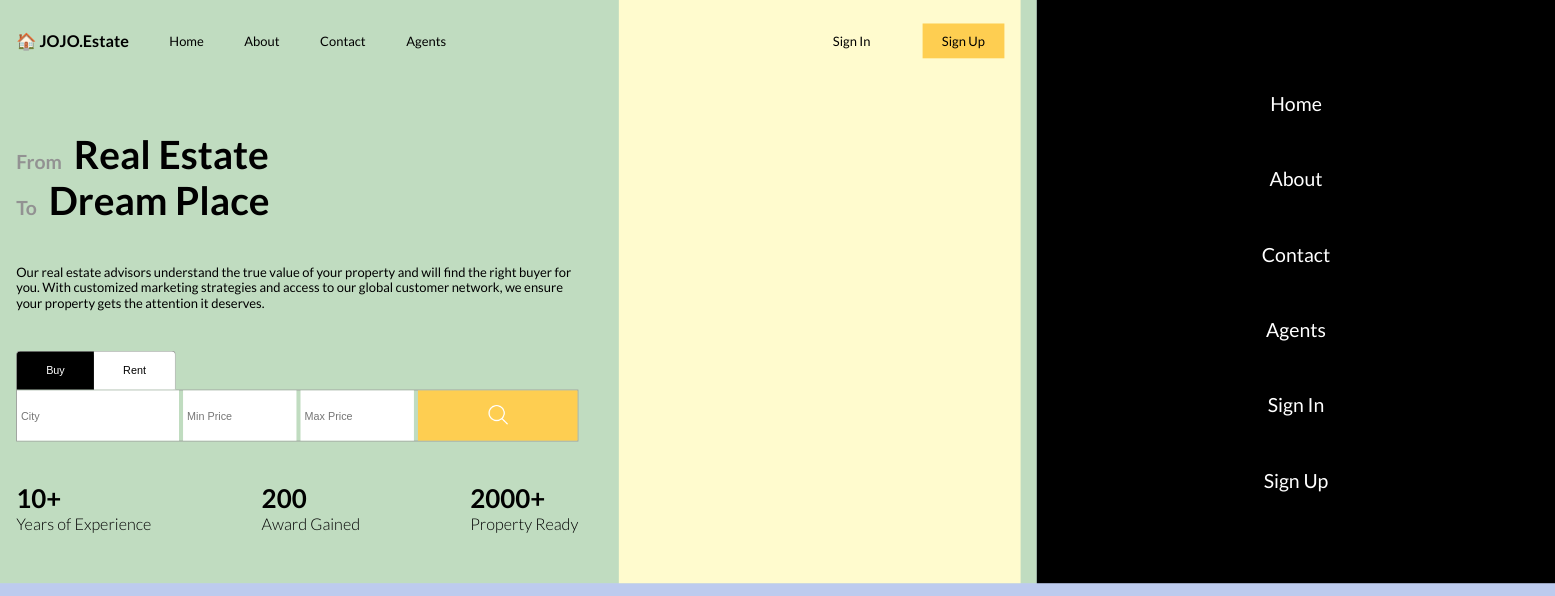
Repository: AiTrinh303/JOJO-estate
Page: /
An editor plug-in stored every save of this project. The page is shown before and after a run of saves, followed by the edit.
The browser window is 1280 px wide. The page is 1920 px wide, so the pictures cover 1920 px, including what lies to the right of the window. The pictures show the whole page, at 81% of full size.
The page's requests for data from a server got no answer. The project was rebuilt for these pictures with package versions that can differ from the ones it lists, and the page was loaded fresh each time. No one was signed in, and anything a server would have sent is missing. Also part of the build but not shown: vite.config.js, src/routes/listPage/listPage.scss, src/components/filter/filter.scss, src/components/filter/Filter.jsx, src/components/card/card.scss, src/components/card/Card.jsx, src/components/map/map.scss, src/components/pin/pin.scss and 21 more. Imported but missing from the stored project, and not drawn on this page: src/components/uploadWidget/UploadWidget.

Above is the page before, as saved 2024-08-06 21:50:00.

### index.html
<!DOCTYPE html>
<html lang="en">
  <head>
    <meta charset="UTF-8" />
    <link rel="icon" type="image/svg+xml" href="/logo.png" />
    <meta name="viewport" content="width=device-width, initial-scale=1.0" />
    <title>🏠JOJO Estate App</title>
    <meta name="description" content="Buy, Sell and Rent Properties" />
    <link
      href="https://fonts.googleapis.com/css2?family=Lato:ital,wght@0,100;0,300;0,400;0,700;0,900;1,100;1,300;1,400;1,700;1,900&display=swap"
      rel="stylesheet"
    />
  </head>
  <body>
    <div id="root"></div>
    <script type="module" src="/src/main.jsx"></script>
  </body>
</html>

### src/App.jsx
import HomePage from "./routes/homePage/homePage";
import { createBrowserRouter, RouterProvider } from "react-router-dom";
import ListPage from "./routes/listPage/listPage";
import { Layout, RequireAuth } from "./routes/layout/layout";
import SinglePage from "./routes/singlePage/singlePage";
import ProfilePage from "./routes/profilePage/profilePage";
import Login from "./routes/login/login";
import Register from "./routes/register/register";
import ProfileUpdatePage from "./routes/profileUpdatePage/profileUpdatePage";
import NewPostPage from "./routes/newPostPage/newPostPage";
import { listPageLoader, profilePageLoader, singlePageLoader } from "./lib/loaders";

function App() {
  const router = createBrowserRouter([
    {
      path: "/",
      element: <Layout />,
      children: [
        {
          path: "/",
          element: <HomePage />,
        },
        {
          path: "/list",
          element: <ListPage />,
          loader: listPageLoader,
        },
        {
          path: "/:id",
          element: <SinglePage />,
          loader: singlePageLoader,
        },
        {
          path: "/login",
          element: <Login />,
        },
        {
          path: "/register",
          element: <Register />,
        },
      ],
    },
    {
      path: "/",
      element: <RequireAuth />,
      children: [
        {
          path: "/profile",
          element: <ProfilePage />,
          loader: profilePageLoader
        },
        {
          path: "/profile/update",
          element: <ProfileUpdatePage />,
        },
        {
          path: "/add",
          element: <NewPostPage />,
        },
      ],
    },
  ]);

  return <RouterProvider router={router} />;
}

export default App;

### src/index.scss
*{
  padding: 0;
  margin: 0;
  box-sizing: border-box;
}

a {
  text-decoration: none;
  color: inherit;
}

body{
  font-family: "Lato", sans-serif;
  overflow: hidden;
  background-color: #bdcbee;

}

### src/routes/homePage/homePage.jsx
import { useContext } from "react";
import SearchBar from "../../components/searchBar/SearchBar";
import "./homePage.scss";
import { AuthContext } from "../../context/AuthContext";

function HomePage() {

  const {currentUser} = useContext(AuthContext)

  return (
    <div className="homePage">
      <div className="textContainer">
        <div className="wrapper">
          <h1 className="title">
            <span className="small-text">From </span>
            <span className="animated-text">Real Estate</span>
            <br />
            <span className="small-text">To </span>
            <span className="animated-text">Dream Place</span>
          </h1>
          <p>
          Our real estate advisors understand the true value of your property and will find the right buyer for you. With customized marketing strategies and access to our global customer network, we ensure your property gets the attention it deserves.
          </p>
          <SearchBar />
          <div className="boxes">
            <div className="box">
              <h1>10+</h1>
              <h2>Years of Experience</h2>
            </div>
            <div className="box">
              <h1>200</h1>
              <h2>Award Gained</h2>
            </div>
            <div className="box">
              <h1>2000+</h1>
              <h2>Property Ready</h2>
            </div>
          </div>
        </div>
      </div>
      <div className="imgContainer">
        <img src="/bg.png" alt="background" />
      </div>

    </div>
  );
}

export default HomePage;

### src/routes/layout/layout.jsx
import "./layout.scss";
import Navbar from "../../components/navbar/Navbar";
import { Navigate, Outlet } from "react-router-dom";
import { useContext } from "react";
import { AuthContext } from "../../context/AuthContext";

function Layout() {
  return (
    <div className="layout">
      <div className="navbar">
        <Navbar />
      </div>
      <div className="content">
        <Outlet />
      </div>
    </div>
  );
}

function RequireAuth() {
  const { currentUser } = useContext(AuthContext);

  if (!currentUser) return <Navigate to="/login" />;
  else {
    return (
      <div className="layout">
        <div className="navbar">
          <Navbar />
        </div>
        <div className="content">
          <Outlet />
        </div>
      </div>
    );
  }
}

export { Layout, RequireAuth };

### src/components/searchBar/SearchBar.jsx
import { useState } from "react";
import "./searchBar.scss";
import { Link } from "react-router-dom";

const types = ["buy", "rent"];

function SearchBar() {
  const [query, setQuery] = useState({
    type: "buy",
    city: "",
    minPrice: 0,
    maxPrice: 0,
  });

  const switchType = (val) => {
    setQuery((prev) => ({ ...prev, type: val }));
  };

  const handleChange = (e) => {
    setQuery((prev) => ({ ...prev, [e.target.name]: e.target.value }));
  };

  return (
    <div className="searchBar">
      <div className="type">
        {types.map((type) => (
          <button
            key={type}
            onClick={() => switchType(type)}
            className={query.type === type ? "active" : ""}
          >
            {type}
          </button>
        ))}
      </div>
      <form>
        <input
          type="text"
          name="city"
          placeholder="City"
          onChange={handleChange}
        />
        <input
          type="number"
          name="minPrice"
          min={0}
          max={10000000}
          placeholder="Min Price"
          onChange={handleChange}
        />
        <input
          type="number"
          name="maxPrice"
          min={0}
          max={10000000}
          placeholder="Max Price"
          onChange={handleChange}
        />
        <Link
          to={`/list?type=${query.type}&city=${query.city}&minPrice=${query.minPrice}&maxPrice=${query.maxPrice}`}
        >
          <button>
            <img src="/search.png" alt="" />
          </button>
        </Link>
      </form>
    </div>
  );
}

export default SearchBar;

### src/routes/homePage/homePage.scss
@import "../../responsive.scss";

.homePage {
  display: flex;
  height: 100%;

  .textContainer {
    flex: 3;

    .wrapper {
      padding-right: 100px;
      display: flex;
      flex-direction: column;
      justify-content: center;
      gap: 50px;
      height: 100%;

      @include lg{
        padding-right: 50px;
      }

      @include md{
        padding: 0;
      }

      @include sm{
        justify-content: flex-start;
      }

      .title {
        font-size: 64px;
        .small-text {
          font-size: 0.5em;
          color: #929292;
          margin-right: 10px;
        }
        .animated-text {
          display: inline-block;
          position: relative;
          animation: slide-in 2s ease-in-out;
        }
        @include lg {
          font-size: 48px;
        }
      }
      p {
        font: size 20px;
      }

      .boxes {
        display: flex;
        justify-content: space-between;

        @include sm {
          display: none;
        }

        h1 {
          font-size: 36px;


          @include lg {
            font-size: 32px;
          }
        }

        h2 {
          font-size: 20px;
          font-weight: 300;
        }
      }
    }
  }

  .imgContainer {
    flex: 2;
    background-color: #fffbce;
    position: relative;
    display: flex;
    align-items: center;


    @include md {
      display: none;
    }

    img {
      width: 115%;
      position: absolute;
      right: -45px;
      opacity: 0;
      animation: fade-in-slide-up 2s ease-in-out forwards;

      @include lg {
        width: 105%;
      }
    }
  }


}
@keyframes slide-in {
  0% {
    opacity: 0;
    transform: translateX(-100%);
  }
  100% {
    opacity: 1;
    transform: translateX(0);
  }
}

@keyframes fade-in-slide-up {
  0% {
    opacity: 0;
    transform: translateY(50px); /* Start below */
  }
  100% {
    opacity: 1;
    transform: translateY(0); /* End at original position */
  }
}

### src/routes/layout/layout.scss
@import "../../responsive.scss";

.layout {
  height: 100vh;
  max-width: 1366px;
  margin-left: auto;
  margin-right: auto;
  padding-left: 20px;
  padding-right: 20px;
  background: rgb(192, 220, 192);

  @include lg {
    max-width: 1280px;
  }

  @include md {
    max-width: 768px;
  }

  @include sm {
    max-width: 640px;
  }

  .content {
    // flex: 1;
    height: calc(100vh - 100px);
  }
}

### src/components/navbar/Navbar.jsx
import { useContext, useState } from "react";
import "./navbar.scss";
import { Link } from "react-router-dom";
import { AuthContext } from "../../context/AuthContext";
import { useNotificationStore } from "../../lib/notificationStore";

function Navbar() {
  const [open, setOpen] = useState(false);

  const { currentUser } = useContext(AuthContext);

  const fetch = useNotificationStore((state) => state.fetch);
  const number = useNotificationStore((state) => state.number);

  if(currentUser) fetch();

  return (
    <nav>
      <div className="left">
        <a href="/" className="logo">
          <span>🏠 JOJO.Estate</span>
        </a>
        <a href="/">Home</a>
        <a href="/">About</a>
        <a href="/">Contact</a>
        <a href="/">Agents</a>
      </div>

      <div className="right">
        <a href="/">Sign In</a>
        <a href="/" className="register">Sign Up</a>
        <div className="menuIcon">
          <img
            src="/menu.png"
            alt="menu"
            onClick={() => setOpen((prev) => !prev)}/>
        </div>
        <div className={open ? "menu active" : "menu"}>
          <a href="/">Home</a>
          <a href="/">About</a>
          <a href="/">Contact</a>
          <a href="/">Agents</a>
          <a href="/">Sign In</a>
          <a href="/">Sign Up</a>
        </div>
        {/* {currentUser ? (
          <div className="user">
            <img src={currentUser.avatar || "/noavatar.jpg"} alt="" />
            <span>{currentUser.username}</span>
            <Link to="/profile" className="profile">
              {number > 0 && <div className="notification">{number}</div>}
              <span>Profile</span>
            </Link>
          </div>
        ) : (
          <>
            <a href="/login">Sign in</a>
            <a href="/register" className="register">
              Sign up
            </a>
          </>
        )}
        <div className="menuIcon">
          <img
            src="/menu.png"
            alt=""
            onClick={() => setOpen((prev) => !prev)}
          />
        </div>
        <div className={open ? "menu active" : "menu"}>
          <a href="/">Home</a>
          <a href="/">About</a>
          <a href="/">Contact</a>
          <a href="/">Agents</a>
          <a href="/">Sign in</a>
          <a href="/">Sign up</a>
        </div> */}
      </div>
    </nav>
  );
}

export default Navbar;

### src/components/searchBar/searchBar.scss
@import "../../responsive.scss";

.searchBar {
  .type {


    button {
      padding: 16px 36px;
      border: 1px solid #999;
      border-bottom: none;
      cursor: pointer;
      background-color: white;
      text-transform: capitalize;

      &.active {
        background-color: black;
        color: white;
      };

      &:first-child {
        border-top-left-radius: 5px;
        border-right: none;
      };
      &:last-child {
        border-top-right-radius: 5px;
        border-left: none;
      };
    }
  }

  form {
    border: 1px solid #999;
    display: flex;
    justify-content: space-between;
    height: 64px;
    gap: 5px;

    @include sm {
      flex-direction: column;
      border: none;
    };

    input {
      border: none;
      padding: 0px 10px;
      width: 200px;

      @include lg {
        padding: 0px 5px;

        &:nth-child(2),
        &:nth-child(3) {
          width: 140px;
        }
      };
      @include md {
        width: 200px;
        &:nth-child(2),
        &:nth-child(3) {
          width: 200px;
        }
      };

      @include sm{
        width: auto;
        &:nth-child(2),
        &:nth-child(3) {
          width: auto;
        }
        padding: 20px;
        border: 1px solid #999;
      }
    };

    a{
      flex: 1;
      background-color: #fece51;
      display: flex;
      align-items: center;
      justify-content: center;

      button {
        border: none;
        cursor: pointer;
        background-color: #fece51;

        @include sm{
          padding: 10px;
        }

        img {
          width: 24px;
          height: 24px;
        }
      }
    }
  }
}

### src/responsive.scss
@mixin sm {
  @media (max-width: 738px) {
    @content;
  }
};

@mixin md {
  @media (max-width: 1024px) {
    @content;
  }
};

@mixin lg {
  @media (max-width: 1366px) {
    @content;
  }
};

### src/components/navbar/navbar.scss
@import "../../responsive.scss";

nav {
  height: 100px;
  display: flex;
  justify-content: space-between;
  align-items: center;

  a {
    transition: all 0.4s ease;

    @include sm {
      display: none;
    }

    &:hover {
      scale: 1.08;
    }
  }

  .left {
    flex: 3;
    display: flex;
    align-items: center;
    gap: 50px;

    .logo {
      font-weight: bold;
      font-size: 20px;
      display: flex;
      align-items: center;
      gap: 3px;

      span {
        @include md {
          display: none;
        }

        @include sm {
          display: initial;
        }
      }
    }
  }
  .right {
    flex: 2;
    display: flex;
    align-items: center;
    justify-content: flex-end;
    background-color: #fffbce;
    ;
    height: 100%;

    @include md {
      background-color: transparent;
    }

    a {
      padding: 12px 24px;
      margin: 20px;
    }

    .user{
      display: flex;
      align-items: center;
      font-weight: bold;

      img{
        width: 40px;
        height: 40px;
        border-radius: 50%;
        object-fit: cover;
        margin-right: 20px;
      }

      span{
        @include sm{
          display: none;
        }
      }

      .profile{
        padding: 12px 24px;
        background-color: #fece51;
        cursor: pointer;
        border: none;
        position: relative;

        .notification{
          position: absolute;
          top: -8px;
          right: -8px;
          background-color: red;
          color: white;
          border-radius: 50%;
          width: 26px;
          height: 26px;
          display: flex;
          align-items: center;
          justify-content: center;
        }

      }
    }

    .register {
      background-color: #fece51;
    }

    .menuIcon {
      display: none;
      z-index: 999;

      img {
        width: 36px;
        height: 36px;
        cursor: pointer;
      }

      @include sm {
        display: inline;
      }
    }

    .menu {
      position: absolute;
      top: 0;
      right: -50%;
      background-color: black;
      color: white;
      height: 100vh;
      width: 50%;
      transition: all 1s ease;
      display: flex;
      flex-direction: column;
      align-items: center;
      justify-content: center;
      font-size: 24px;

      &.active {
        right: 0;
      }

      @include sm {
        a {
          display: initial;
        }
      }
    }
  }
}

Loaded but not shown: src/main.jsx (common file); src/context/AuthContext.jsx (common file); src/context/SocketContext.jsx (common file); src/lib/loaders.js (common file); src/lib/apiRequest.js (common file); src/lib/notificationStore.js (common file)

After the next 2 saves:
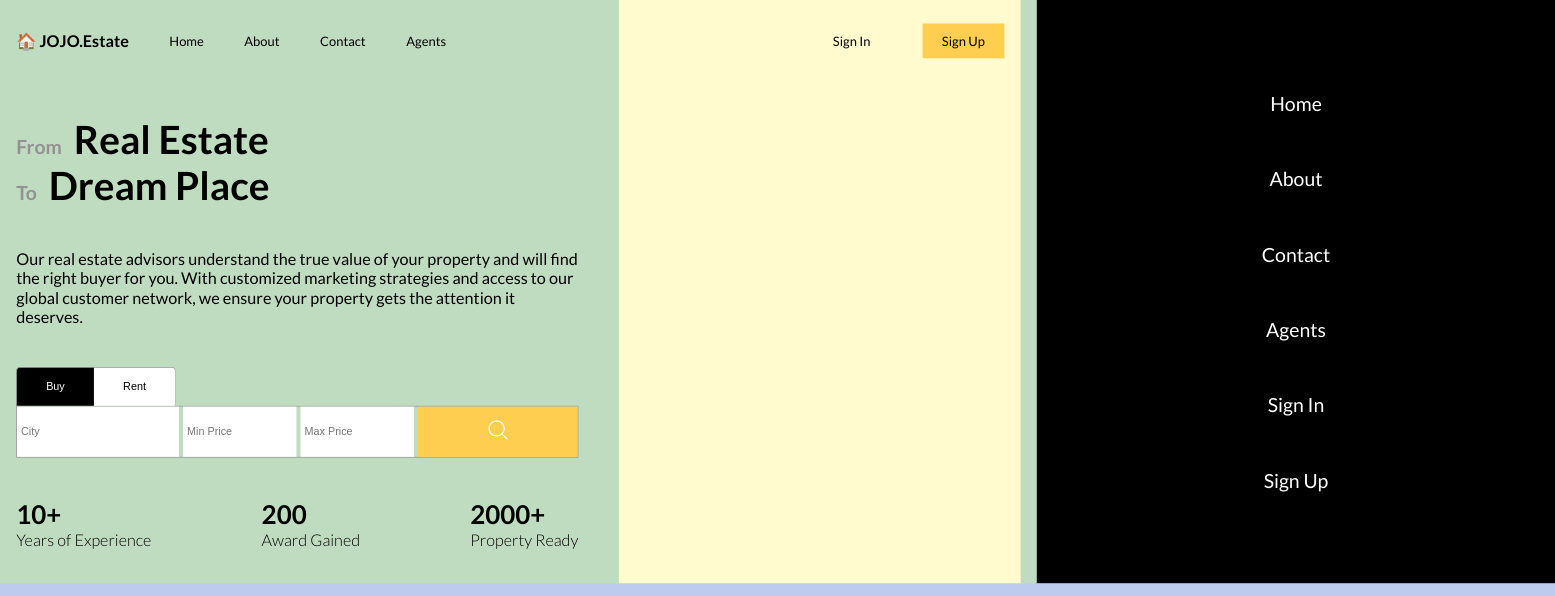
The 2 saves are shown as one change because 1 did not build or start.
The last was saved 9 s later.
--- a/src/routes/homePage/homePage.scss
+++ b/src/routes/homePage/homePage.scss
@@ -44,7 +44,7 @@
         }
       }
       p {
-        font: size 20px;
+        font-size: 20px;
       }
 
       .boxes {
